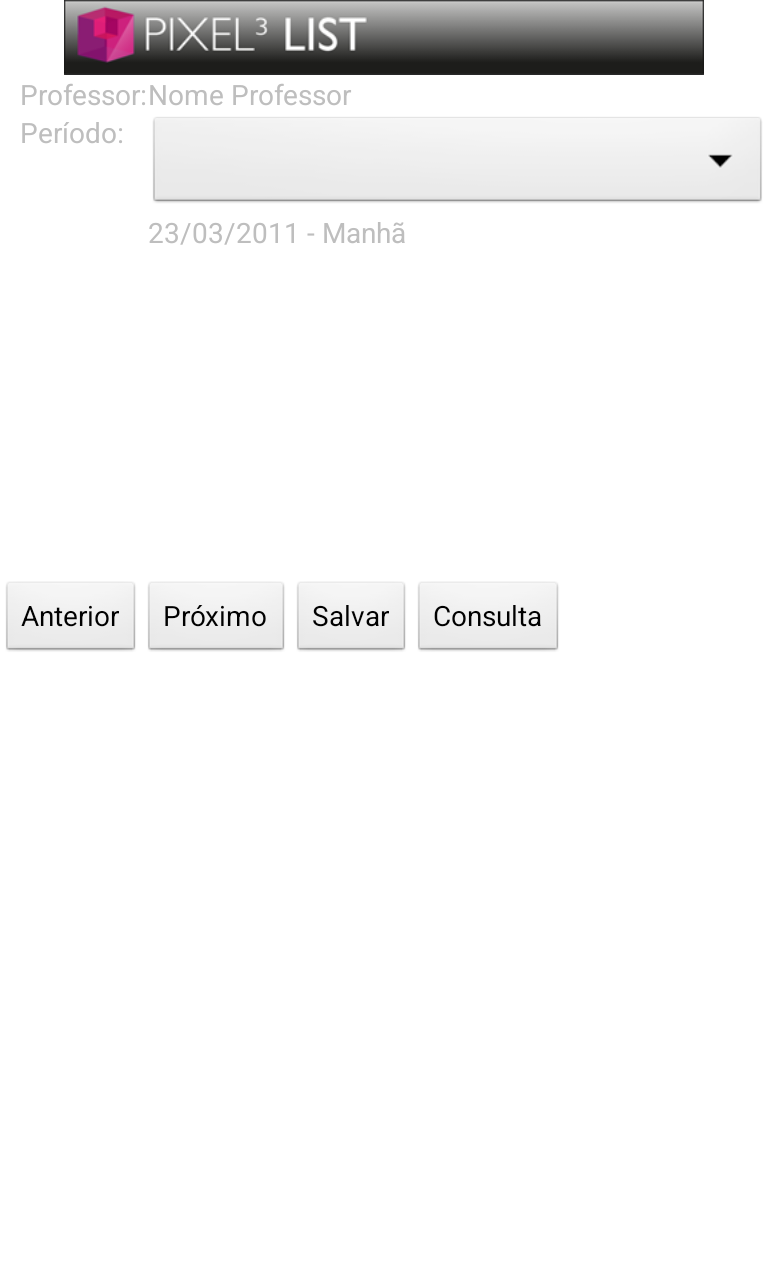
Repository: pixel3mobi/listaDigital
Layout: Pixel3List/res/layout/chamada.xml
The author's editor kept a copy of each file at every save. The layout is drawn from the files as they stood at one save, then again after the next save.
It is drawn on a 768 x 1280 px phone screen (xhdpi) without system bars, with theme android:Theme; the app's code is not run. Lists and similar views that code fills are empty.

Above is the layout before, as saved 2011-03-25 23:38:40.

After the next save:
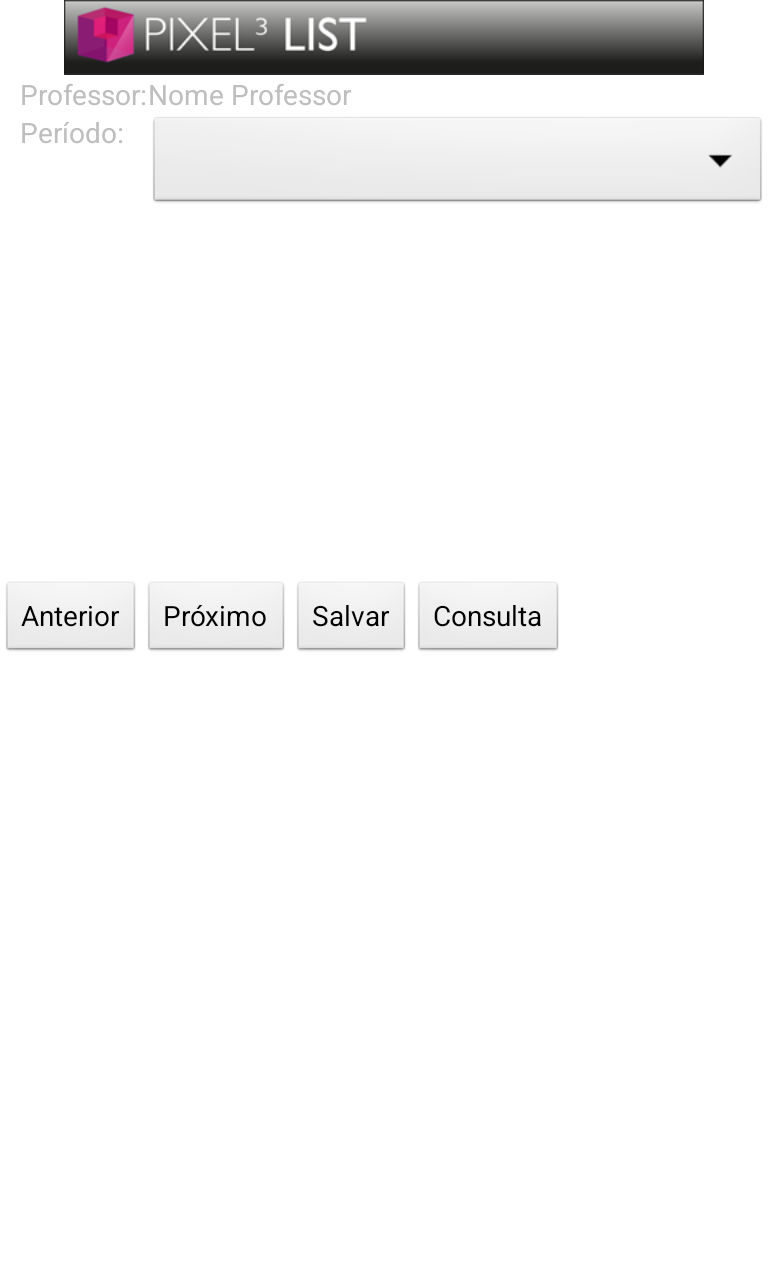
Saved 2 min 46 s later.
--- a/Pixel3List/res/layout/chamada.xml
+++ b/Pixel3List/res/layout/chamada.xml
@@ -32,7 +32,7 @@
 		<TextView android:id="@+id/txtPeriodo" android:layout_height="wrap_content" android:paddingLeft="10dip" android:layout_width="wrap_content" android:text="Período:" android:layout_below="@+id/txtProfessor" android:layout_alignLeft="@+id/txtProfessor"></TextView>
 		<TextView android:id="@+id/nomeProfessor" android:layout_height="wrap_content" android:layout_width="wrap_content" android:text="Nome Professor" android:layout_toRightOf="@+id/txtProfessor" android:layout_alignTop="@+id/txtProfessor" android:layout_alignBottom="@+id/txtProfessor"></TextView>
 		<Spinner android:layout_height="50dip" android:layout_width="fill_parent" android:paddingLeft="10dip" android:id="@+id/periodos" android:layout_below="@+id/nomeProfessor" android:layout_alignLeft="@+id/nomeProfessor"></Spinner>
-		<TextView android:id="@+id/txtData" android:layout_height="wrap_content" android:layout_width="wrap_content" android:layout_below="@+id/periodos" android:text="23/03/2011 - Manhã" android:layout_alignLeft="@+id/periodos" android:layout_alignRight="@+id/periodos"></TextView>
+		<TextView android:id="@+id/txtData" android:layout_height="wrap_content" android:layout_width="wrap_content" android:layout_below="@+id/periodos" android:layout_alignLeft="@+id/periodos" android:layout_alignRight="@+id/periodos"></TextView>
 	</RelativeLayout>
 	<ListView
 		android:id="@+id/alunos"
